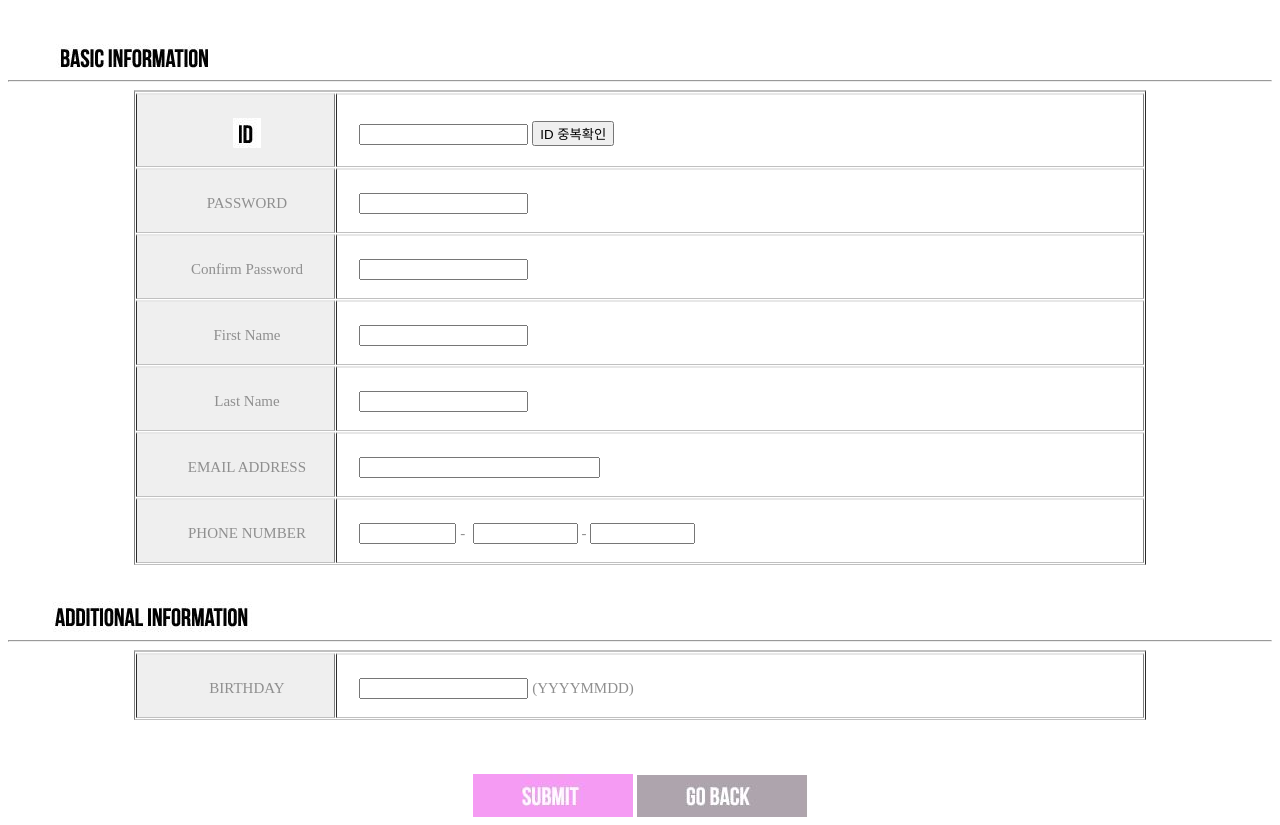
Repository: kminjoo/Making-website-using-JSP
Page: http://localhost/website_project/Register.jsp
These files come from the project's save history. The page is drawn as it stood at one moment and after the next save; the edit follows.
The browser window is 1280 px wide. The pictures show the whole page.
The page is served by Tomcat 9. Other server files are loaded and not shown.

Above is the page before, as saved 2015-07-21 14:35:10.

### website_project/WebContent/Register.jsp
<%@ page language="java" contentType="text/html; charset=EUC-KR"
    pageEncoding="EUC-KR"%>
<!DOCTYPE html PUBLIC "-//W3C//DTD HTML 4.01 Transitional//EN" "http://www.w3.org/TR/html4/loose.dtd">
<html>
<head>
<meta http-equiv="Content-Type" content="text/html; charset=EUC-KR">
<title>Welcome to Minjoo's Website!</title>
<link href="style.css" rel="stylesheet" type="text/css">

<script language="JavaScript" src="script.js"></script>
</head>
<body><br><br>
<div>&nbsp;&nbsp;&nbsp;&nbsp;&nbsp;&nbsp;&nbsp;&nbsp;&nbsp;&nbsp;&nbsp;
<img src="<%=request.getContextPath() %>/images/basicInfo.JPG"/></div>
<hr>
<table border="1" cellpadding="18" cellspacing="1" width="80%" align="center">
<form name="regForm" method="post" action="RegisterProc.jsp">
	<tr>
		<td width="13%" align="center" bgcolor="#EFEFEF">
		<img src="<%=request.getContextPath() %>/images/id2.JPG"/>
		</td>
		<td width="60%"><input type="text" name="mem_id" size="18">
		<input type="button" value="ID 중복확인" onClick="idCheck(this.form.mem_id.value)"></td>
	</tr>
	<tr>
		<td width="13%" align="center" bgcolor="#EFEFEF">PASSWORD</td>
		<td width="60%"><input type="password" name="mem_passwd" size="18">
	</tr>
	<tr>
		<td width="13%" align="center" bgcolor="#EFEFEF">Confirm Password</td>
		<td width="60%"><input type="password" name="mem_repasswd" size="18">
	</tr>
	<tr>
		<td width="13%" align="center" bgcolor="#EFEFEF">First Name</td>
		<td width="60%"><input type="text" name="mem_firstname" size="18"></td>
	</tr>
	<tr>
		<td width="13%" align="center" bgcolor="#EFEFEF">Last Name</td>
		<td width="60%"><input type="text" name="mem_lastname" size="18"></td>
	</tr>
	<tr>
		<td width="13%" align="center" bgcolor="#EFEFEF">EMAIL ADDRESS</td>
		<td width="60%"><input type="text" name="mem_email" size="27">
	</tr>
	<tr>
		<td width="13%" align="center" bgcolor="#EFEFEF">PHONE NUMBER</td>
		<td width="30%"><input type="text" name="mem_phone1" size="9">&nbsp;-&nbsp;
		<input type="text" name="mem_phone2" size="10">&nbsp;-&nbsp;<input type="text" name="mem_phone3" size="10"></td>
	</tr>

</table>
<br><br>
<div>&nbsp;&nbsp;&nbsp;&nbsp;&nbsp;&nbsp;&nbsp;&nbsp;&nbsp;&nbsp;&nbsp;<img src="<%=request.getContextPath() %>/images/additional.JPG"/></div>
<hr>
<table border="1" cellpadding="18" cellspacing="1" width="80%" align="center">
<tr>
		<td width="13%" align="center" bgcolor="#EFEFEF">BIRTHDAY</td>
		<td width="60%"><input type="text" name="mem_bday" size="18">
		(YYYYMMDD)</td>
</tr>
</table>
</form>
<br>
<br>
&nbsp;&nbsp;&nbsp;&nbsp;&nbsp;&nbsp;&nbsp;&nbsp;&nbsp;&nbsp;&nbsp;
<div align="center">
<img src="<%=request.getContextPath() %>/images/submit.JPG"/>
<img src="<%=request.getContextPath() %>/images/goback.JPG"/></div>
</body>
</html>

### website_project/WebContent/style.css
@CHARSET "EUC-KR";

hr {
    display: block;
    margin-top: 0.5em;
    margin-bottom: 0.5em;
    margin-left: auto;
    margin-right: auto;
    border-style: inset;
    border-width: 1px;
}

/*table {
    display: table;
    border-collapse: collpase;
    border-spacing: 0px;
    border-color: #EFEFEF;
}*/

img{vertical-align:middle;}

table{table-layout:fixed;border-top:2px solid #c0c0c0;border-bottom:1px solid #c0c0c0;}

td{padding:23px 0 18px 22px;border-top:2px solid #e7e7e7;color:#8f8f8f;line-height:140%;font-size:15px;}

### website_project/WebContent/script.js
/**
 *
 */


function loginCheck(){
	if(document.login.mem_id.value==""){
		alert("Enter your ID.");
		document.login.mem_id.focus();
		return;
	}
	if(document.login.mem_passwd.value==""){
		alert("Enter your password.");
		document.login.mem_passwd.focus();
		return;
	}
	document.login.submit();

}

function memberReg(){
	location.href ="Register.jsp";
}
function idCheck(id){
	if(id == ""){
	alert("Enter your ID.");
	document.regForm.mem_id.focus();
	}else{
		url="IdCheck.jsp?mem_id=" + id;
		window.open(url,"post","width=300,height=150");
	}
}

function inputCheck(){
	if(document.regForm.mem_id.value==""){
		alert("Enter your ID.");
		document.regForm.mem_id.focus();
		return;
	}
	if(document.regForm.mem_password.value==""){
		alert("Enter your Password.");
		document.regForm.mem_password.focus();
		return;
	}
	if(document.regForm.mem_repasswd.value==""){
		alert("Enter your Password.");
		document.regForm.mem_repasswd.focus();
		return;
	}

	if(document.regForm.mem_password.value != document.regForm.mem_repasswd.value){
		alert("Passwords do not match.");
		document.regForm.mem_passwd.focus();
		return;
	}

	if(document.regForm.mem_firstname.value==""){
		alert("Enter your first name.");
		document.regForm.mem_firstname.focus();
		return;
	}
	if(document.regForm.mem_lastname.value==""){
		alert("Enter your last name.");
		document.regForm.mem_lastname.focus();
		return;
	}
	if(document.regForm.mem_email.value==""){
		alert("Enter your email address.");
		document.regForm.mem_email.focus();
		return;
	}
	if(document.regForm.mem_phone1.value==""){
		alert("Enter your phone number.");
		document.regForm.mem_phone1.focus();
		return;
	}
	if(document.regForm.mem_phone2.value==""){
		alert("Enter your phone number.");
		document.regForm.mem_phone2.focus();
		return;
	}
	if(document.regForm.mem_phone3.value==""){
		alert("Enter your phone number.");
		document.regForm.mem_phone3.focus();
		return;
	}

	var str = document.regForm.mem_email.value;
	var atPos = str.indexOf('@');
	var atLastPos = str.lastIndexOf('@');
	var dotPos = str.indexOf('.');
	var spacePos = str.indexOf(' ');
	var commaPos = str.indexOf(',');
	var emailSize = str.length;

	if(atPos>1 && atPos == atLastPos && dotPos > 3 && spacePos == -1 &&
			commaPos == -1 && atPos + 1 < dotPos && dotPos + 1 < emailSize );
	else{
		alert("This e-mail address is incorrectly formatted. \n\r Please try again.");
		document.regForm.mem_email.focus();
		return;
	}

	document.regForm.submit();
}

function inputCheck2(){
	if(document.regForm.mem_id.value==""){
		alert("Enter your ID.");
		document.regForm.mem_id.focus();
		return;
	}
	if(document.regForm.mem_password.value==""){
		alert("Enter your Password.");
		document.regForm.mem_password.focus();
		return;
	}

	if(document.regForm.mem_firstname.value==""){
		alert("Enter your first name.");
		document.regForm.mem_firstname.focus();
		return;
	}
	if(document.regForm.mem_lastname.value==""){
		alert("Enter your last name.");
		document.regForm.mem_lastname.focus();
		return;
	}
	if(document.regForm.mem_email.value==""){
		alert("Enter your email address.");
		document.regForm.mem_email.focus();
		return;
	}
	if(document.regForm.mem_phone1.value==""){
		alert("Enter your phone number.");
		document.regForm.mem_phone1.focus();
		return;
	}
	if(document.regForm.mem_phone2.value==""){
		alert("Enter your phone number.");
		document.regForm.mem_phone2.focus();
		return;
	}
	if(document.regForm.mem_phone3.value==""){
		alert("Enter your phone number.");
		document.regForm.mem_phone3.focus();
		return;
	}

	var str = document.regForm.mem_email.value;
	var atPos = str.indexOf('@');
	var atLastPos = str.lastIndexOf('@');
	var dotPos = str.indexOf('.');
	var spacePos = str.indexOf(' ');
	var commaPos = str.indexOf(',');
	var emailSize = str.length;

	if(atPos>1 && atPos == atLastPos && dotPos > 3 && spacePos == -1 &&
			commaPos == -1 && atPos + 1 < dotPos && dotPos + 1 < emailSize );
	else{
		alert("This e-mail address is incorrectly formatted. \n\r Please try again.");
		document.regForm.mem_email.focus();
		return;
	}

	document.regForm.submit();
}

function win_close()
{
	self.close();
}

function searchInputCheck(sform){
	if(sform.search.value==""){
	alert("Enter what you want to search");
	sform.search.focus();
	return false;
}
	sform.submit();
}

After the next save:
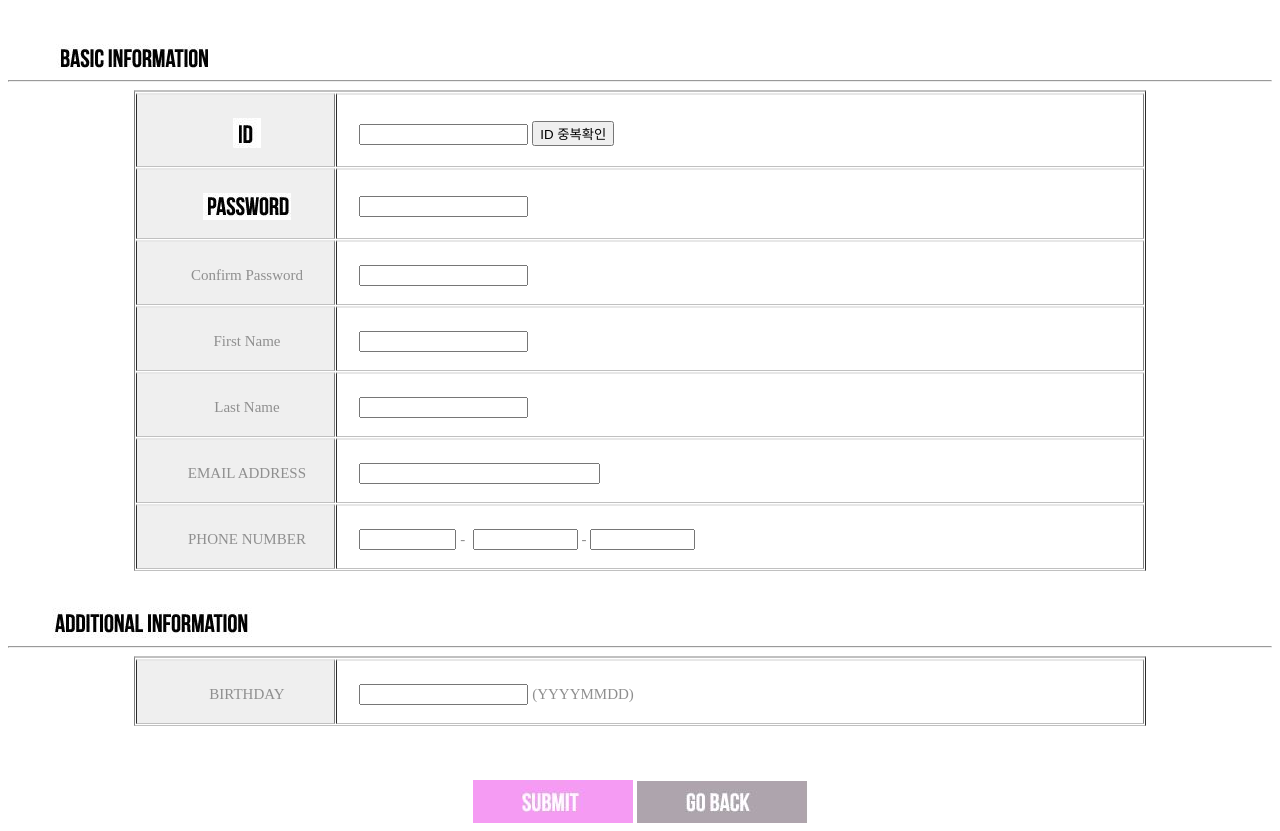
Saved 10 s later.
--- a/website_project/WebContent/Register.jsp
+++ b/website_project/WebContent/Register.jsp
@@ -23,7 +23,9 @@
 		<input type="button" value="ID 중복확인" onClick="idCheck(this.form.mem_id.value)"></td>
 	</tr>
 	<tr>
-		<td width="13%" align="center" bgcolor="#EFEFEF">PASSWORD</td>
+		<td width="13%" align="center" bgcolor="#EFEFEF">
+<img src="<%=request.getContextPath() %>/images/pw2.JPG"/>
+</td>
 		<td width="60%"><input type="password" name="mem_passwd" size="18">
 	</tr>
 	<tr>
